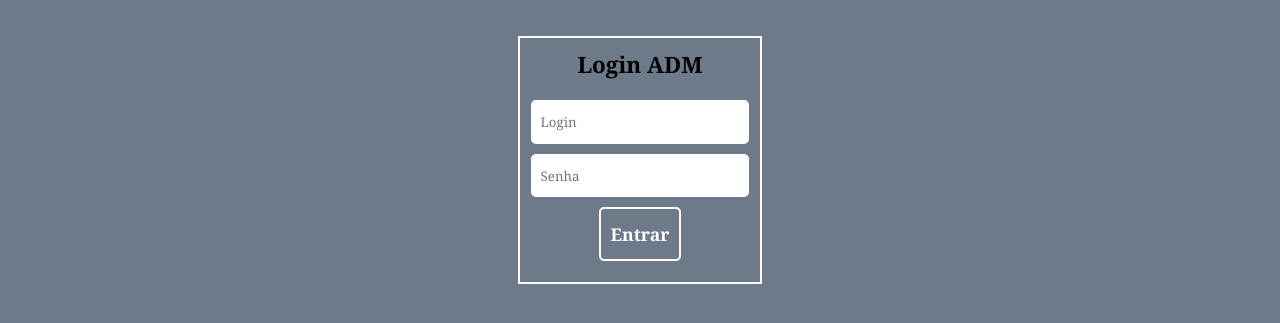
Repository: ArthurKJun/ProjetoCantinaEclipse
Page: http://localhost/arsan/loginAdministrador.jsp
The author's editor kept a copy of each file at every save. The page is drawn from the files as they stood at one save, then again after the next save.
The browser window is 1280 px wide. The pictures show the whole page.
The page is served by Tomcat 9. Other server files are loaded and not shown.

Above is the page before, as saved 2023-11-03 23:38:18.

### arsan/src/main/webapp/loginAdministrador.jsp
<%@ page language="java" contentType="text/html; charset=ISO-8859-1"
	pageEncoding="ISO-8859-1"%>
<!DOCTYPE html>
<html>
<head>

<meta charset="ISO-8859-1">

<link rel="stylesheet" href="./Estilos/style.css">

<title>Arsan Food Management</title>

</head>
<body>

	<div class="container-geral">


		<div id="form-container">

			<div id="form-inner">

				<form action="validarUsuarioAdmin.jsp" method="POST" id="register-form">
					<h3>Login ADM</h3>
					<div id="name-container">

						<input type="text" name="nome" id="nome" placeholder="Login">

					</div>

					<input type="password" name="senha" id="senha" placeholder="Senha">

                  <input type="submit" value="Entrar" onclick="logar()">

				</form>

			</div>

		</div>
	</div>

	<script>

    function logar(){
    	event.preventDefault();

    	let login = document.getElementById('login')
    	if(login.value == ''){
    		alert('Informe o login')
    		login.focus()
    		return
    	}

    	let senha = document.getElementById('senha')
    	if(senha.value == ''){
    		alert('Informe a senha')
    		senha.focus()
    		return
    	}
    	document.getElementsByTagName('form')[0].submit()
    }

    </script>

</body>
</html>

### arsan/src/main/webapp/Estilos/style.css
*{
    margin: 0;
    padding: 0;
    box-sizing: border-box;
    font-family: Georgia;

}

body{
    display: flex;
    flex-wrap: wrap;
}

.container-geral{

    width: 100vw;
    height: 100vh;
    background: #6c7a89;
    display: flex;
    flex-direction: row;
    justify-content: center;
    align-items: center;

}
.logo-container{

    display: flex;
    position: absolute;
    top: 40%;
    flex-direction: column;
}

.logo-container img{
    padding: 1rem;
    border-radius: 50%;
    height: 400px;
}

#form-container{
    display: flex;
    position: absolute;
    flex-direction: column;
    flex-wrap: wrap;
    top: 5%;
}

#register-form{

    border: 2px solid white;
    padding: .7rem;
    align-items: center;
    display: flex;
    flex-direction: column;
    font-size: larger;
}

#register-form h3{
    margin-bottom: 20px;
}

#register-form input{

    padding: 0.8rem 0.6rem;
    border: none;
    border-radius: 5px;
    margin-bottom: 10px;
}


#register-form input[type="submit"]{
    background-color: transparent;
    color: #fff;
    border: 2px solid #fff;
    font-size: 1.1rem;
    font-weight: bold;
    cursor: pointer;
    transition: .4s;
}

#register-form input[type="submit"]:hover{
    background-color: #fff;
    color: black;
}

/*---------------------------------------------------------*/
/* tela de entrada */

h1{
    background-color: #6c7a89;
    width: 100%;
    text-align: center;
    font-size: 50px;
    color: rgb(204, 198, 198);
}

.container-porta-cards{

    background-color: #475061;
    display: flex;
    width: 535px;
    height: 550px;
    border: 2px solid white;
    flex-wrap: wrap;
    align-items: center;
    padding: 1rem;
    margin-top: 2rem;

}

.card{

    background-color: #9ca5af;
    display: flex;
    padding: .5rem;
    margin: .5rem;
    width: 150px;
    height: 150px;
    border: 2px solid white;
    flex-direction: column;
    text-align: center;
    align-items: center;
    transition: .4s;

}

.container-porta-cards-2 :active{
    background-color: aqua;
}



.container-porta-cards :hover{

    background-color: #6c7a89;
    cursor: pointer;
}

.card img{

    margin-top: 10px;
    width: 100px;
    height: 100px;
    border-radius: 20%;
    transition: .4s;
}

#venda{

    width: 480px;
    height: 150px;
}

.container-geral-entrada{

    width: 100vw;
    height: calc(100vh + 200px);
    background: #9ca5af;
    display: flex;
    flex-direction: row;
    justify-content: center;


}

/* area de vendas */

.container-porta-cards-2{

    flex: 1.4;
    background-color: #475061;
    border: 2px solid white;
    flex-wrap: wrap;
    align-items: center;
    padding: 1rem;
    display: flex;
}

.container-porta-cards-2 :hover{

    background-color: #6c7a89;
    cursor: pointer;
}

.container-lista-vendas{
    height: 36.9rem;
    margin-right: 2rem;
    margin: 1rem;
    flex: 1;
    background-color: #475061;
    border: 2px solid white;
    flex-wrap: wrap;
    position: relative;
    padding: 1rem;
}

.container-geral-3{

    gap: 1rem;
    width: 100vw;
    height: 100vh;
    background: #9ca5af;
    display: flex;
    flex-direction: row;
    justify-content: center;
    align-items: center;

}

table{

    margin-top: 1rem;
    position: absolute;
    margin-left: 2rem;

}
table th {

    padding: .5rem;
    width: 200px;
    background-color: #6c7a89;
    border-radius: 10px;

}

table td{
    text-align: center;
    padding: 0.5rem;
    background-color: #6c7a89;
    border-radius: 10px;
}

.bExcluir{
    background-color: transparent;
}

.excluir{
    background-color: transparent;
    border-radius: 5px;
}

.excluir img{
    width: 1rem;
}

tfoot td{
    font-weight: bold;

}

/* tela cadastro cliente */

.container-geral-4{

    width: 100vw;
    height: 100vh;
    background: #9ca5af;
    flex-direction: column;
    justify-content: center;
    align-items: center;
    display: flex;

}

.inputs-cadastro{


    flex: 1;
    text-align: center;

}

.inputs-cadastro input{

    padding: 0.5rem;
    margin: 0.5rem;
    border-radius: 10px;

}

.inputs-cadastro h3{

    margin-top: 1rem;


}

.inputs-cadastro button{

    padding: 0.5rem;
    margin: 1rem;
    font-size: large;
    background-color: #9ca5af;
    border: none;
    border-radius: 10px;

}

.inputs-cadastro button:hover{

    background-color: #fff;
    color: black;
    cursor: pointer;
}

.inputButton:hover{

    background-color: #fff;
    color: black;
    cursor: pointer;
}

.container-porta-cards-cad{

    background-color: #6c7a89;
    width: 400px;
    height: 500px;
    color:#040405;
    justify-items: center;
    margin-top: 2rem;

}

.cliente{

    background-color: #9ca5af;
    margin: 1rem;
    border-radius: 5px;

}

a{
    text-decoration: none;
    color: #040405;
}

.container-geral-4 h1{

    margin-top: -4rem;

}

.produto{

    background-color: #9ca5af;
    margin: 1rem;
    border-radius: 5px;
}

.container-porta-cards-cad-fornecedor{

    background-color: #6c7a89;
    width: 400px;
    height: 500px;
    color:#040405;
    justify-items: center;
    margin-top: 1rem;
}

.inputs-cadastro-for{

    flex: 1;
    text-align: center;

}

.inputs-cadastro-for input{

    padding: 0.5rem;
    margin: 0.5rem;
    border-radius: 10px;
}

.inputs-cadastro-for button{

    padding: 0.5rem;
    margin: .5rem;
    font-size: large;
    background-color: #9ca5af;
    border: none;
    border-radius: 10px;

}

.inputs-cadastro-for button:hover{

    background-color: #fff;
    color: black;
    cursor: pointer;
}

.fornecedor{
    background-color: #9ca5af;
    margin: 1rem;
    border-radius: 5px;
}

After the next save:
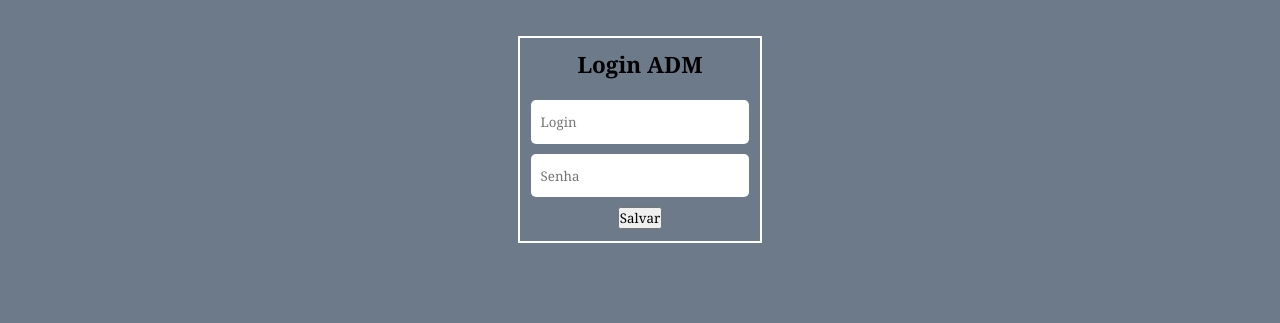
Saved 84 s later.
--- a/arsan/src/main/webapp/loginAdministrador.jsp
+++ b/arsan/src/main/webapp/loginAdministrador.jsp
@@ -30,7 +30,7 @@
 
 					<input type="password" name="senha" id="senha" placeholder="Senha">
 
-                  <input type="submit" value="Entrar" onclick="logar()">
+                    <button  class="soButton" onclick="Validar()">Salvar</button>
 
 				</form>
 
